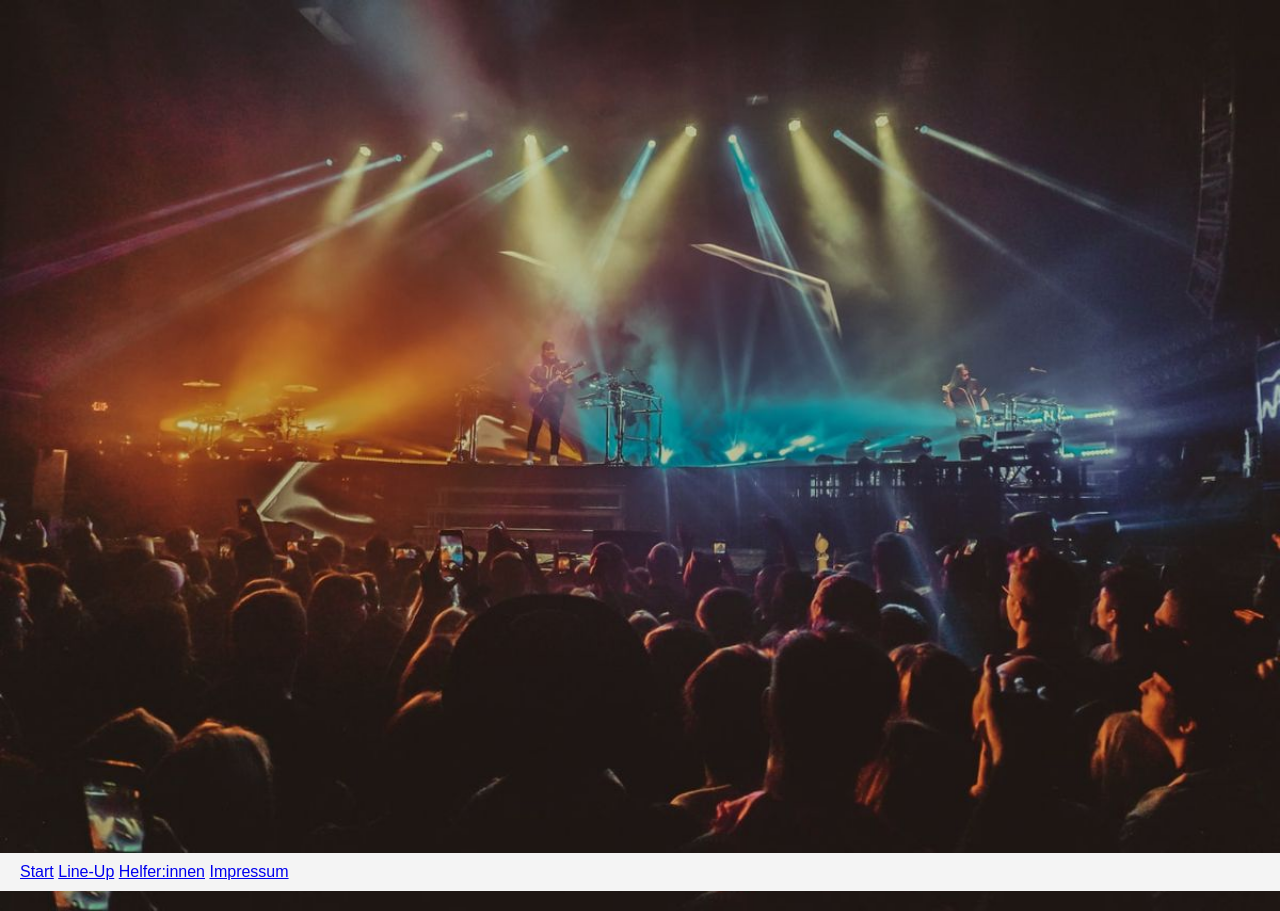
Repository: Hajimohammadi-KI/Web-Technologien
Page: index.html
The author's editor kept a copy of each file at every save. The page is drawn from the files as they stood at one save, then again after the next save.
The browser window is 1280 px wide. The pictures show the whole page.

Above is the page before, as saved 2025-09-30 13:38:17.

### index.html
<!DOCTYPE html>
<html lang="en">
<head>
    <meta charset="UTF-8">
    <meta name="viewport" content="width=device-width, initial-scale=1.0">
    <link rel="stylesheet" href="Style.css">
    <title>Document</title>
</head>
<body>
    <!-- The alt attribute is used to provide alternative text for the image if it fails to load or if the user visits the page via a screen reader. -->
    <img src="img/spotify-livestreaming-virtual-concerts-feat.jpeg"
        alt="Musicians performing on a brightly lit stage with colorful spotlights
        and smoke effects while a large enthusiastic audience watches and records
        the event with their phones in a dark concert hall filled with energy and
         excitement" class="responsive-img">
        <nav>
    <a href="#">Start</a>
    <a href="#">Line-Up</a>
    <a href="#">Helfer:innen</a>
    <a href="#">Impressum</a>
</nav>

</body>
</html>

### Style.css
/*
    Styles for responsive images.
    The .responsive-img class is intended to make images scale appropriately
    to fit their container while maintaining aspect ratio.
    Apply this class to <img> elements to ensure they are responsive
    across different screen sizes and devices.
*/
img.responsive-img {
  width: 100%; /* [translate:عرض تصویر همیشه برابر با عرض عنصر والد خواهد بود] */
  height: auto; /* [translate:نسبت ابعاد تصویر حفظ می‌شود] */
  max-width: 100vw; /* [translate:تصویر هیچ‌گاه از عرض پنجره مرورگر بزرگ‌تر نمی‌شود] */
  display: block; /* [translate:فضای اضافی پایین عکس حذف می‌شود] */
}

@media (max-width: 600px) {
  img.responsive-img {
    max-width: 100%; /* [translate:در صفحات کوچک، حداکثر عرض تصویر برابر با عنصر والد می‌شود] */
  }
}

 body {
  font-family: Arial, sans-serif; /* [translate:تنظیم فونت پیش‌فرض برای کل صفحه] */
  margin: 0; /* [translate:حذف حاشیه پیش‌فرض مرورگر] */
  padding: 0; /* [translate:حذف فاصله داخلی پیش‌فرض مرورگر] */
  box-sizing: border-box; /* [translate:شامل کردن حاشیه و پدینگ در محاسبه عرض و ارتفاع عناصر] */
  background: url("img/spotify-livestreaming-virtual-concerts-feat.jpeg");
  background-position: center; /* [translate:تنظیم موقعیت پس‌زمینه در مرکز] */
  background-repeat: no-repeat; /* [translate:عدم تکرار تصویر پس‌زمینه] */
  background-size: cover; /* [translate:پوشش کامل پس‌زمینه] */
}
  h1, h2, h3 {
    color: #333; /* [translate:تنظیم رنگ تیره برای عناوین] */
    margin-bottom: 10px; /* [translate:افزودن فاصله پایین به عناوین] */
  }

  p {
    color: #555; /* [translate:تنظیم رنگ خاکستری برای پاراگراف‌ها] */
    line-height: 1.6; /* [translate:افزایش ارتفاع خط برای خوانایی بهتر] */
    margin-bottom: 15px; /* [translate:افزودن فاصله پایین به پاراگراف‌ها] */
  }
  nav {
    background-color: #f4f4f4; /* [translate:تنظیم رنگ پس‌زمینه برای ناوبری] */
    padding: 10px 20px; /* [translate:افزودن فاصله داخلی به ناوبری] */
    margin-bottom: 20px; /* [translate:افزودن فاصله پایین به ناوبری] */
    gap: 30px;


  }

After the next save:
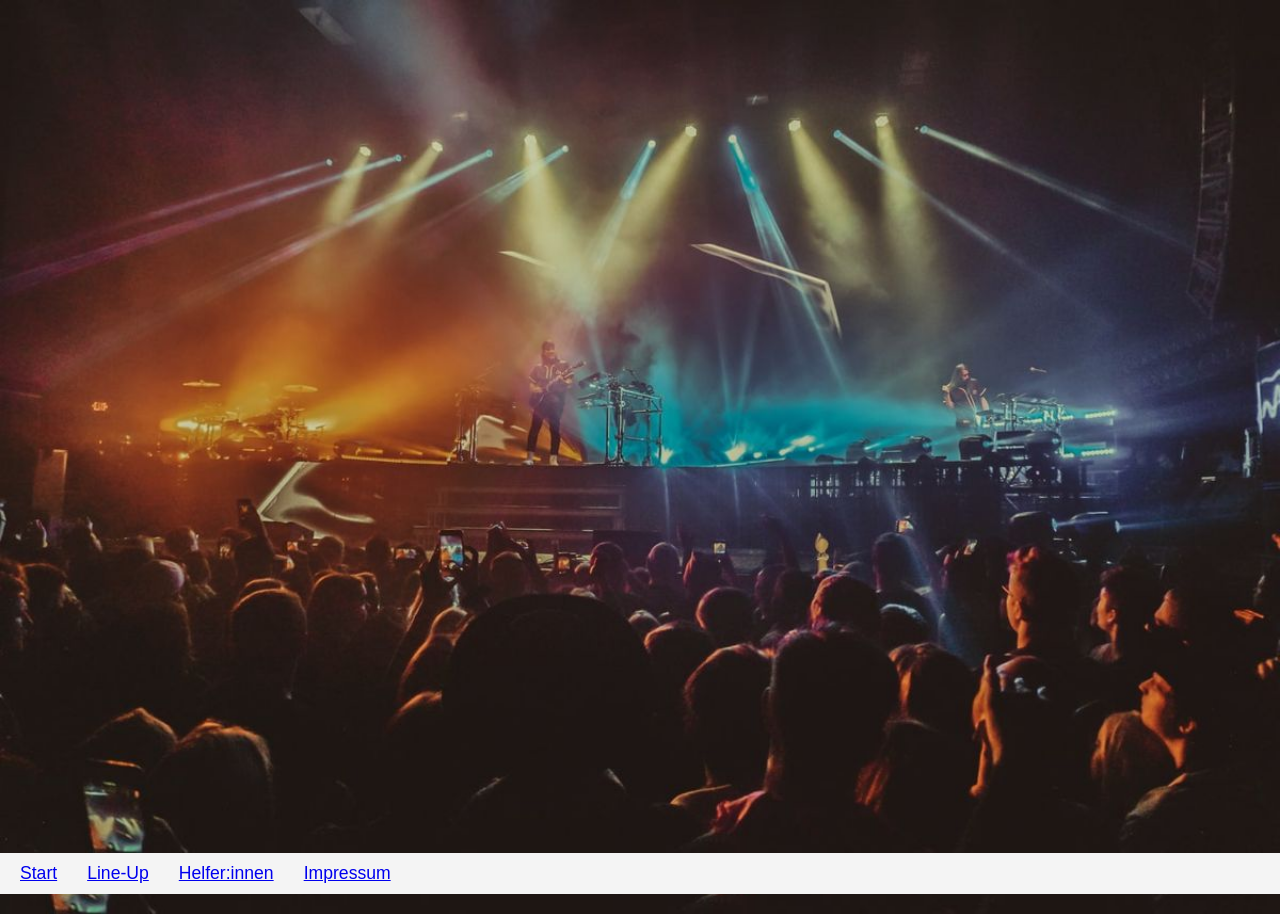
Saved 22 s later.
--- a/Style.css
+++ b/Style.css
@@ -43,6 +43,10 @@ img.responsive-img {
     padding: 10px 20px; /* [translate:افزودن فاصله داخلی به ناوبری] */
     margin-bottom: 20px; /* [translate:افزودن فاصله پایین به ناوبری] */
     gap: 30px;
-
+    display: flex;
+    gap: 30px;
+    font-family: sans-serif;
+    font-size: 1.1em;
+}
 
   }
